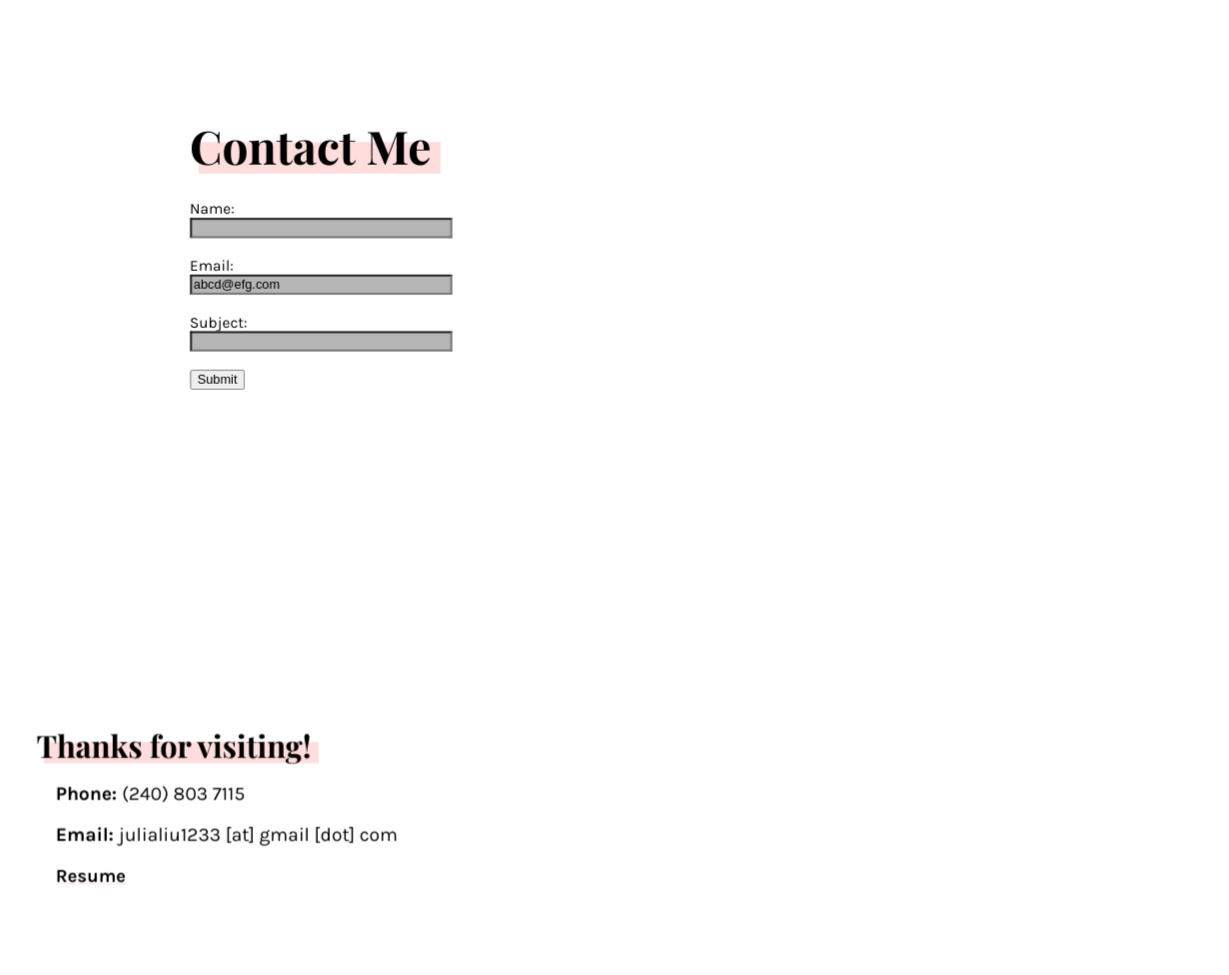
Repository: liu-julia/liu-julia.github.io
Page: contact.html
These files come from the project's save history. The page is drawn as it stood at one moment and after the next save; the edit follows.
The browser window is 1280 px wide. The pictures show the whole page, at 96% of full size.

Above is the page before, as saved 2022-05-19 15:32:21.

After the next save:
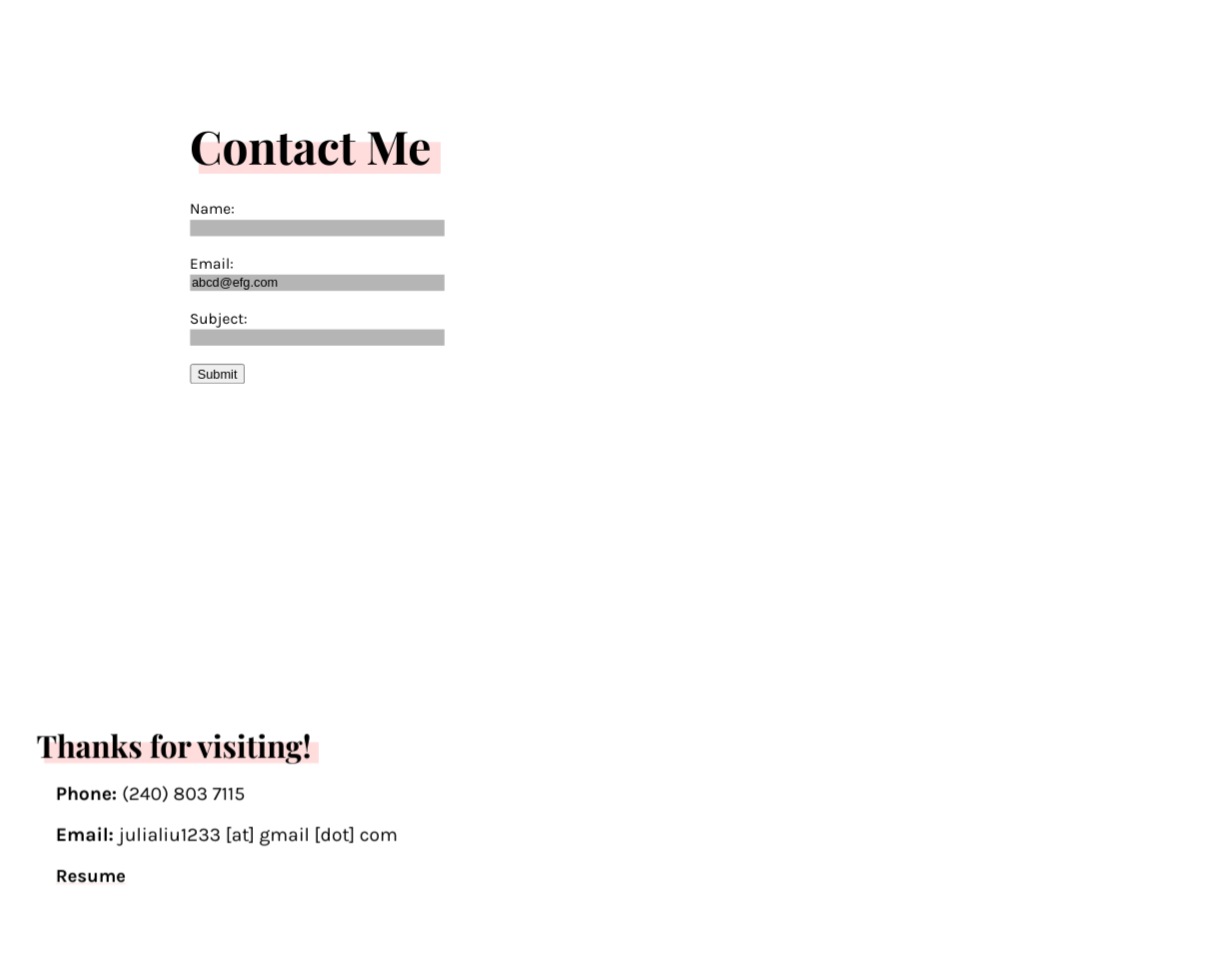
Saved 14 s later.
--- a/css/styles.css
+++ b/css/styles.css
@@ -283,5 +283,6 @@ form {
 
 input {
     width: 100%;
-    background-color: #b5b5b5
-}
+    background-color: #b5b5b5;
+    border: none;
+}
